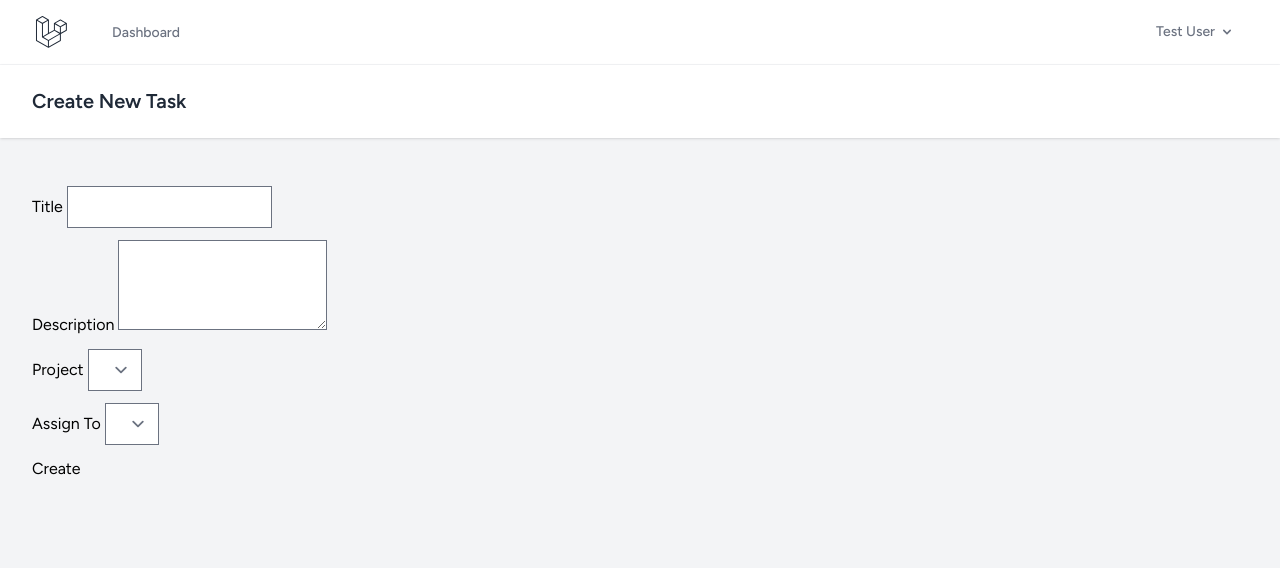
Repository: fernando-maio/ip4y
Page: http://localhost/tasks/create
These files come from the project's save history. The page is drawn as it stood at one moment and after the next save; the edit follows.
The browser window is 1280 px wide. The pictures show the whole page.
The page is served by the project's Laravel application, run on PHP 8.4 with Laravel 12. A made-up administrator, Test User (test@example.com), is signed in. Style sheets and scripts are compiled from the project's sources, by tool versions that may differ from the author's. Queries for data that is not in the repository find no rows.

Above is the page before, as saved 2024-08-27 00:23:54.

After the next save:
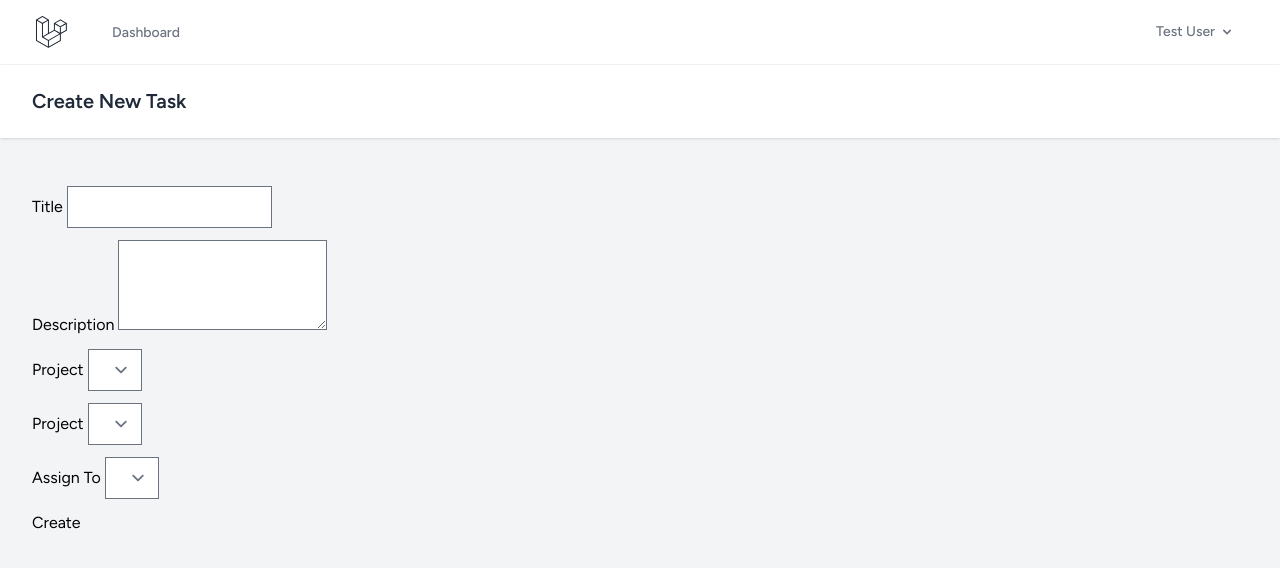
Saved 7 s later.
--- a/resources/views/tasks/create.blade.php
+++ b/resources/views/tasks/create.blade.php
@@ -26,6 +26,14 @@
                     </select>
                 </div>
                 <div class="mb-3">
+                    <label for="project_id" class="form-label">Project</label>
+                    <select name="project_id" class="form-control" id="project_id" required>
+                        @foreach($projects as $project)
+                        <option value="{{ $project->id }}">{{ $project->title }}</option>
+                        @endforeach
+                    </select>
+                </div>
+                <div class="mb-3">
                     <label for="user_id" class="form-label">Assign To</label>
                     <select name="user_id" class="form-control" id="user_id" required>
                         @foreach($users as $user)
